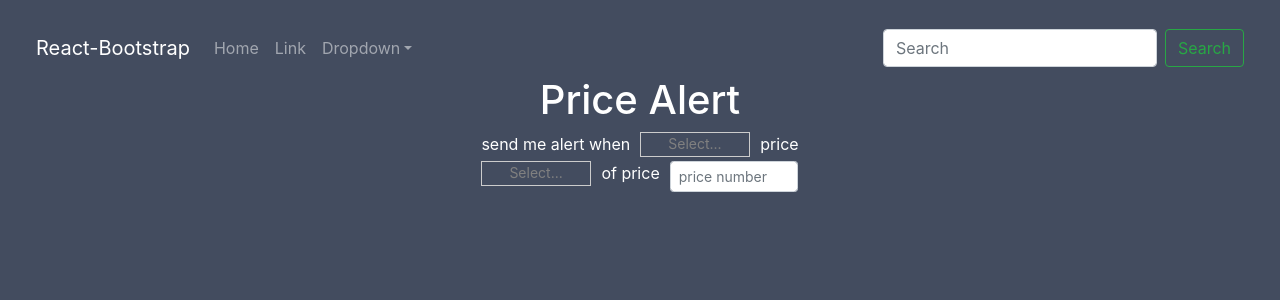
Repository: flychicken123/PriceAlertFront
Page: /
These files come from the project's save history. The page is drawn as it stood at one moment and after the next save; the edit follows.
The browser window is 1280 px wide. The pictures show the whole page.
The page's requests for data from a server got no answer. The project was rebuilt for these pictures with package versions that can differ from the ones it lists, and the page was loaded fresh each time. No one was signed in, and anything a server would have sent is missing. Also part of the build but not shown: src/App.css.

Above is the page before, as saved 2021-03-07 13:36:53.

### public/index.html
<!DOCTYPE html>
<html lang="en">
  <head>
    <meta charset="utf-8" />
    <link rel="icon" href="%PUBLIC_URL%/favicon.ico" />
    <meta name="viewport" content="width=device-width, initial-scale=1" />
    <meta name="theme-color" content="#000000" />
    <meta
      name="description"
      content="Web site created using create-react-app"
    />
    <link rel="apple-touch-icon" href="%PUBLIC_URL%/logo192.png" />
    <!--
      manifest.json provides metadata used when your web app is installed on a
      user's mobile device or desktop. See https://developers.google.com/web/fundamentals/web-app-manifest/
    -->
    <link rel="manifest" href="%PUBLIC_URL%/manifest.json" />
    <link
  rel="stylesheet"
  href="https://cdn.jsdelivr.net/npm/bootstrap@4.6.0/dist/css/bootstrap.min.css"
  integrity="sha384-B0vP5xmATw1+K9KRQjQERJvTumQW0nPEzvF6L/Z6nronJ3oUOFUFpCjEUQouq2+l"
  crossorigin="anonymous"
/>
<link rel="stylesheet" href="https://fonts.googleapis.com/css?family=Roboto:300,400,500,700&display=swap" />

    <!--
      Notice the use of %PUBLIC_URL% in the tags above.
      It will be replaced with the URL of the `public` folder during the build.
      Only files inside the `public` folder can be referenced from the HTML.

      Unlike "/favicon.ico" or "favicon.ico", "%PUBLIC_URL%/favicon.ico" will
      work correctly both with client-side routing and a non-root public URL.
      Learn how to configure a non-root public URL by running `npm run build`.
    -->
    <title>React App</title>
  </head>
  <body>
    <noscript>You need to enable JavaScript to run this app.</noscript>
    <div id="root"></div>
    <!--
      This HTML file is a template.
      If you open it directly in the browser, you will see an empty page.

      You can add webfonts, meta tags, or analytics to this file.
      The build step will place the bundled scripts into the <body> tag.

      To begin the development, run `npm start` or `yarn start`.
      To create a production bundle, use `npm run build` or `yarn build`.
    -->
  </body>
</html>

### src/App.js
import logo from './logo.svg';
import './App.css';
import { BrowserRouter as Router, Switch, Route } from 'react-router-dom';
import TopNavbar from './components/TopNavbar';
import Home from './components/Home.jsx';
const App = () => {
  return (
    <Router>
      <TopNavbar />
      <Switch>
        <Route path='/' component={Home} />
      </Switch>
    </Router>
  )
}

export default App;

### src/components/TopNavbar.jsx
import React, { Component } from 'react';
import { Button, Navbar, Nav, NavDropdown, Form, FormControl } from "react-bootstrap";
const TopNavbar = () => {
    return (
        <div>
            <Navbar bg="#282c34" variant="dark" expand="lg">
                <Navbar.Brand href="#home">React-Bootstrap</Navbar.Brand>
                <Navbar.Toggle aria-controls="basic-navbar-nav" />
                <Navbar.Collapse id="basic-navbar-nav">
                    <Nav className="mr-auto">
                        <Nav.Link href="#home">Home</Nav.Link>
                        <Nav.Link href="#link">Link</Nav.Link>
                        <NavDropdown title="Dropdown" id="basic-nav-dropdown">
                            <NavDropdown.Item href="#action/3.1">Action</NavDropdown.Item>
                            <NavDropdown.Item href="#action/3.2">Another action</NavDropdown.Item>
                            <NavDropdown.Item href="#action/3.3">Something</NavDropdown.Item>
                            <NavDropdown.Divider />
                            <NavDropdown.Item href="#action/3.4">Separated link</NavDropdown.Item>
                        </NavDropdown>
                    </Nav>
                    <Form inline>
                        <FormControl type="text" placeholder="Search" className="mr-sm-2" />
                        <Button variant="outline-success">Search</Button>
                    </Form>
                </Navbar.Collapse>
            </Navbar>
        </div>
    )
};
export default TopNavbar

### src/components/Home.jsx
import React, { useState, Component, Select, useEffect, useCallback } from 'react';
import AsyncSelect from 'react-select/async';
import { Form, Container, Col } from 'react-bootstrap';
import { Helmet } from 'react-helmet';
import '../css/Home.css';
export default function Home(props) {

    const [coinTypes, setCoinTypes] = useState([]);
    const [selectedOption, setSelectedOption] = useState(props ? props.match?.params?.template_id : null);
    const customStyles = {
        control: base => ({
            ...base,
            height: 25,
            minHeight: 20,
            maxHeight: 25,
            width: 110,
            textAlign: "50",
            fontSize: 14,
        }),
        dropdownIndicator: base => ({
            ...base,
            display: "none"
        }),
        indicatorSeparator: base => ({
            ...base,
            display: "none"
        }),
        valueContainer: base => ({
            ...base,
            bottom: 7,
            paddingLeft: 25,
        })
    };

    // const coinOptions = (f) => {
    //     return [{ name: "- select -", id: "" }, ...coinTypes].map((coinType) => {
    //         return {
    //             label: coinType.name,
    //             value: coinType.id
    //         }
    //     })
    // };
    const handleCoinChange = useCallback((coin_id) => {
        setSelectedOption(coin_id);
        console.log(coin_id.name);
    }, []);
    const fetchCoinList = () => {
        return fetch(`https://6043fea2a20ace001728e9b7.mockapi.io/api/v1/coinlist/coinlist`).then(res => res.json());
    }


    return (

        < div className='mainControl' >
            <Helmet>
                <style>{'body { background-color: #434c5f;text-align: center; padding: 20px;color: white; }'}</style>
            </Helmet>
            <Container fluid="md">

                <div style={{ display: 'flex', justifyContent: 'center', height: '50vh', backgroundColor: '#434c5f', width: '200' }}>

                    <Form>
                        <h1>Price Alert</h1>

                        <Form.Row className="row-space">

                            <Col lg="auto" >send me alert when</Col>
                            <Col md="auto">
                                <AsyncSelect
                                    cacheOptions
                                    defaultOptions
                                    onChange={handleCoinChange}
                                    value={selectedOption}
                                    loadOptions={fetchCoinList}
                                    getOptionValue={option => option.id}
                                    getOptionLabel={option => option.name}
                                    styles={customStyles}
                                    theme={theme => ({
                                        ...theme,
                                        borderRadius: 0,
                                        colors: {
                                            ...theme.colors,
                                            primary25: '#191f2b',
                                            primary: '#515c73f',
                                            neutral0: '434c5f',
                                            neutral80: 'white'

                                        },
                                    })}
                                />
                            </Col>
                            <Col xs="auto">price</Col>

                        </Form.Row>

                        <Form.Row className="row-space">
                            <Col xs="auto">
                                <AsyncSelect
                                    cacheOptions
                                    defaultOptions
                                    onChange={handleCoinChange}
                                    value={selectedOption}
                                    loadOptions={fetchCoinList}
                                    getOptionValue={option => option.id}
                                    getOptionLabel={option => option.name}
                                    styles={customStyles}
                                    theme={theme => ({
                                        ...theme,
                                        borderRadius: 0,
                                        colors: {
                                            ...theme.colors,
                                            primary25: '#191f2b',
                                            primary: '#515c73f',
                                            neutral0: '434c5f',
                                            neutral80: 'white'

                                        },
                                    })}
                                />

                            </Col>
                            <Col xs="auto">of price</Col>
                            <Col xs="auto"> <Form.Control className="smaller-input" htmlSize="8" size="sm" type="text" placeholder="price number" /></Col>
                        </Form.Row>
                    </Form>

                </div>
            </Container>
        </div >
    )
}

### src/css/Home.css
/* body {
    background-color: #282c34;
    color: white;
    padding: 40px;
    font-family: Arial;
    text-align: center;
  } */
  .smaller-input {
    font-size: 5px;
    padding: 2px 5px;
  }
  .row-space{
    margin: 4px;
  }

Loaded but not shown: src/index.js (common file); src/index.css (common file); src/reportWebVitals.js (common file)

After the next save:
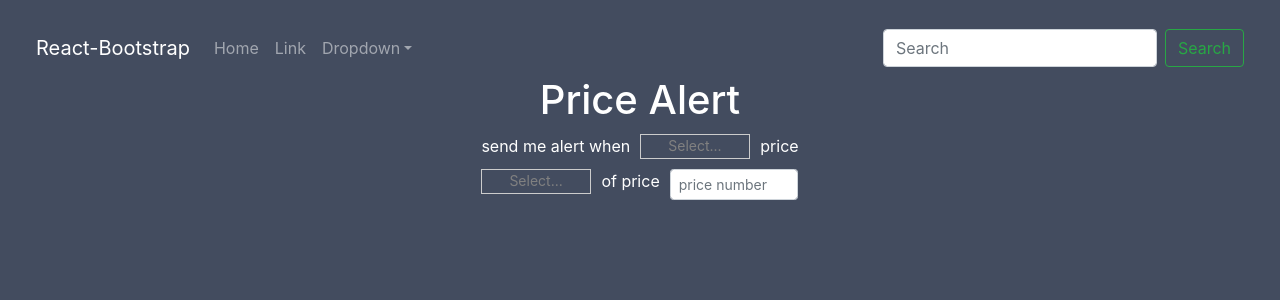
Saved 8 s later.
--- a/src/css/Home.css
+++ b/src/css/Home.css
@@ -10,5 +10,5 @@
     padding: 2px 5px;
   }
   .row-space{
-    margin: 4px;
+    margin: 10px;
   }
